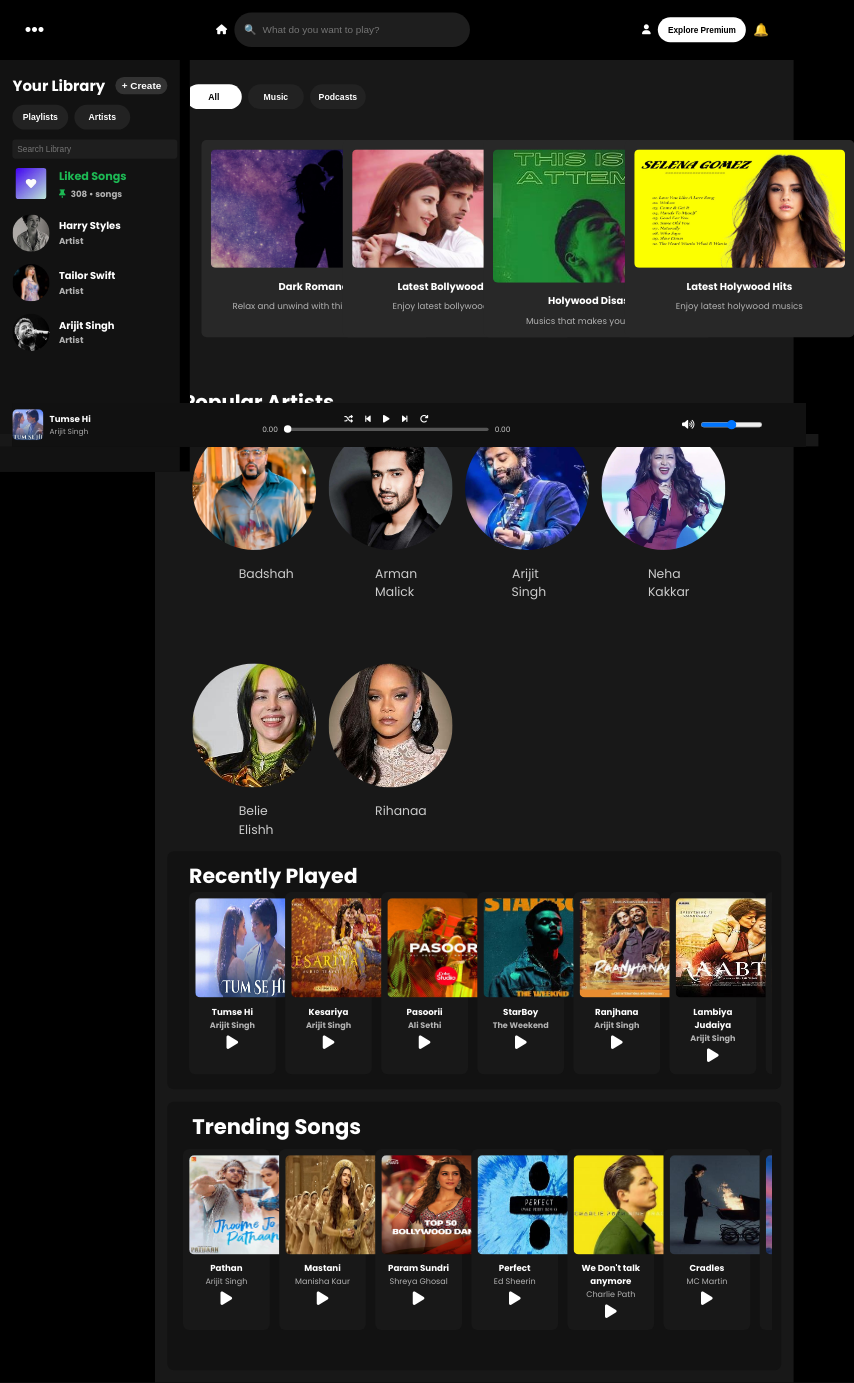
Repository: IshikaSinghRajput/Spotify_Clone
Page: index.html
These files come from the project's save history. The page is drawn as it stood at one moment and after the next save; the edit follows.
The browser window is 1280 px wide. The page is 1378 px wide, so the pictures cover 1378 px, including what lies to the right of the window. The pictures show the whole page, at 62% of full size.

Above is the page before, as saved 2025-04-26 16:28:53.

After the next save:
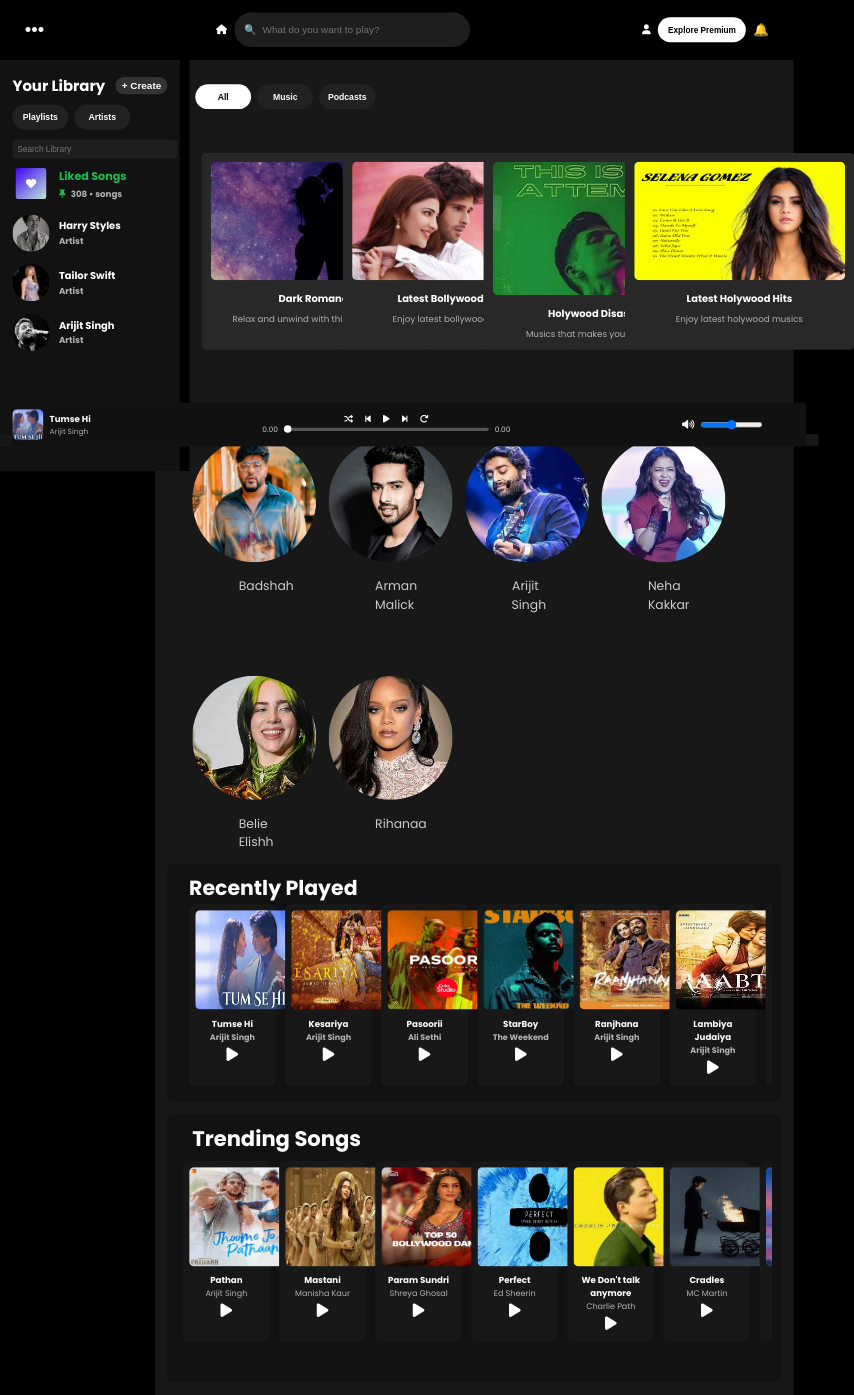
Saved 31 s later.
--- a/style.css
+++ b/style.css
@@ -144,7 +144,8 @@
     display: flex;
     gap: 10px;
     padding: 20px 30px 10px 30px;
-    margin-bottom: 2pxpx;
+    margin-bottom: 20px;
+    margin-left: 15px;
   }
 
   .filter-btn {
